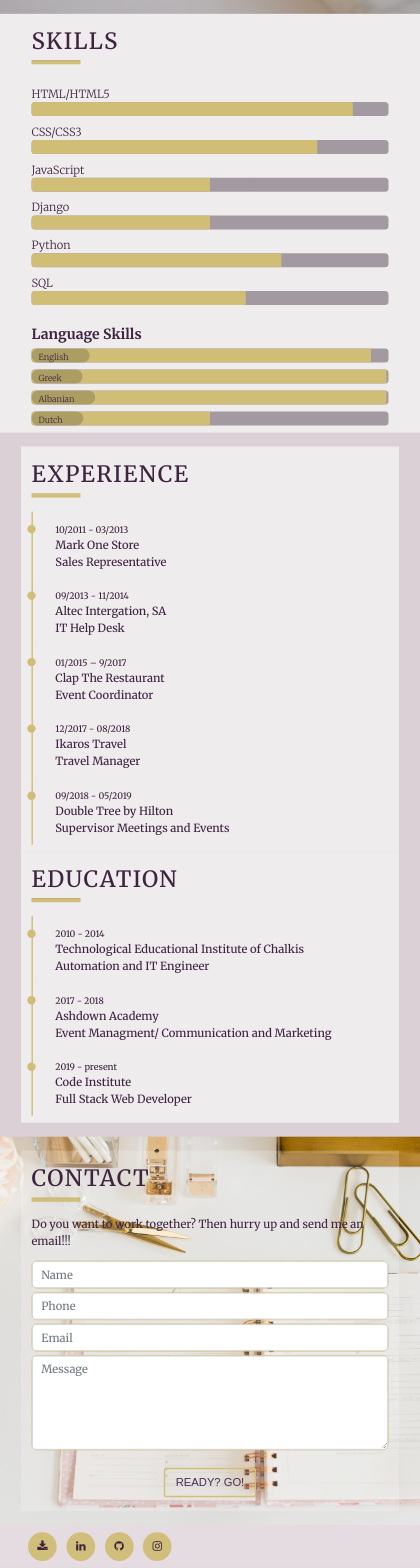
Repository: edshuli/Portfolio
Page: index.html
The author's editor kept a record of every edit. The page is drawn from the files as they stood at one moment, then again after the next edit.
The browser window is 600 px wide. The pictures show the part of the page from y = 1537 to 3777 px (the page is 3777 px tall), at 70% of full size.
Backgrounds fixed to the window are drawn as part of the page. Some web fonts or font styles are not loaded; a fallback is used.

Above is the page before.

After the next edit:
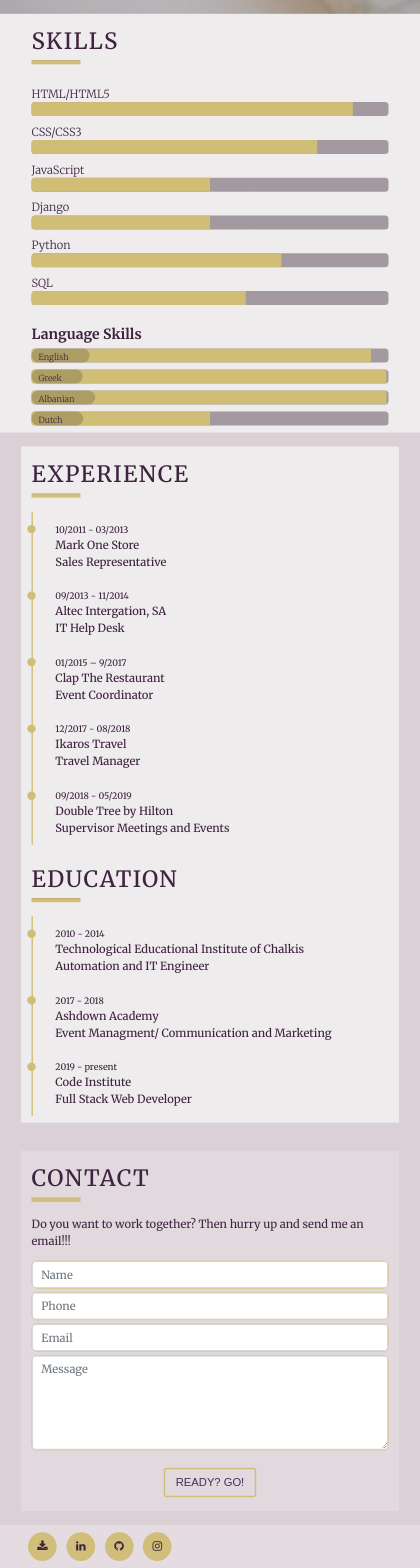
The edit:
--- a/assets/css/style.css
+++ b/assets/css/style.css
@@ -213,7 +213,7 @@
 
 .skills {
     width: 100vw;
-    background: url(../images/skillslogo/image-skills.jpg) no-repeat center center ;
+    background: url(../images/skillslogo/image-skills.jpg) no-repeat center center;
     -webkit-background-size: cover;
     -moz-background-size: cover;
     -o-background-size: cover;
@@ -417,8 +417,8 @@
 }
 
 @media (max-width: 768px) {
-    .info{
-        background-image:none;
+    .info {
+        background-image: none;
     }
 }
 
@@ -471,6 +471,11 @@
 
     }
 
+
+    .contact {
+        background-image: none;
+
+    }
 
 }
 
@@ -484,11 +489,6 @@
     }
 }*/
 
-
-
-
-
-
 /*@media (min-width: 768px) and (max-width:1024px) {
     .skills-item-container {
         margin-top: 35px;
